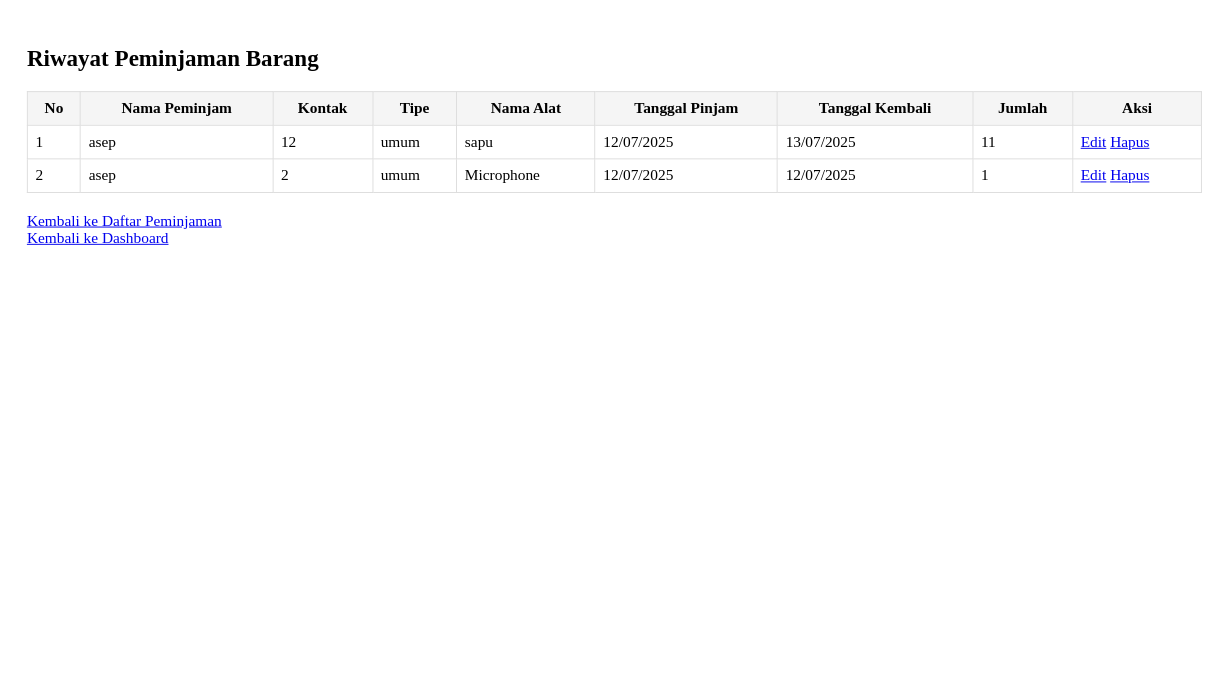
Repository: fatkquladhim/multimedia_app
Page: http://localhost/admin/peminjaman/riwayat-peminjaman-barang.php
These files come from the project's save history. The page is drawn as it stood at one moment and after the next save; the edit follows.
The browser window is 1280 px wide. The pictures show the whole page, at 96% of full size.
Some web libraries are served in a nearby version. The page is run by PHP 8.4 with error messages shown; the project is at /var/www/html/. The session is filled in as if someone had signed in: {"user_id": 2, "username": "asep", "role": "admin"}. Other server files are loaded and not shown. The database holds what the project's SQL file puts in it.

Above is the page before, as saved 2025-07-18 23:01:46.

### admin/peminjaman/riwayat-peminjaman-barang.php
<?php
session_start();
if (!isset($_SESSION['user_id']) || $_SESSION['role'] !== 'admin') {
    header('Location: ../../auth/login.php');
    exit;
}

require_once '../../includes/db_config.php';
$conn = new mysqli(DB_HOST, DB_USER, DB_PASS, DB_NAME);

// Ambil riwayat peminjaman
$query = "SELECT pb.*, a.nama as nama_anggota, al.nama_alat as nama_alat,
          CASE
              WHEN pb.tipe_peminjam = 'umum' THEN pb.nama_peminjam
              ELSE a.nama
          END as nama_peminjam,
          CASE
              WHEN pb.tipe_peminjam = 'umum' THEN pb.kontak_peminjam
              ELSE '-'
          END as kontak
          FROM peminjaman_barang pb
          LEFT JOIN anggota a ON pb.id_anggota = a.id
          LEFT JOIN alat al ON pb.id_alat = al.id
          WHERE pb.status = 'dikembalikan'
          ORDER BY pb.tanggal_kembali DESC";
$result = $conn->query($query);
?>

<!DOCTYPE html>
<html>
<head>
    <title>Riwayat Peminjaman Barang</title>
    <style>
        .container { padding: 20px; }
        .table-container { margin: 20px 0; }
        table { width: 100%; border-collapse: collapse; }
        th, td { padding: 8px; border: 1px solid #ddd; }
        th { background-color: #f5f5f5; }
        .alert { padding: 10px; margin-bottom: 10px; border-radius: 4px; }
        .alert-success { background-color: #d4edda; color: #155724; }
        .alert-danger { background-color: #f8d7da; color: #721c24; }
    </style>
</head>
<body>
    <div class="container">
        <h2>Riwayat Peminjaman Barang</h2>

        <?php if (isset($_GET['status']) && isset($_GET['message'])): ?>
            <div class="alert alert-<?php echo $_GET['status'] === 'success' ? 'success' : 'danger'; ?>">
                <?php echo htmlspecialchars($_GET['message']); ?>
            </div>
        <?php endif; ?>

        <div class="table-container">
            <table>
                <thead>
                    <tr>
                        <th>No</th>
                        <th>Nama Peminjam</th>
                        <th>Kontak</th>
                        <th>Tipe</th>
                        <th>Nama Alat</th>
                        <th>Tanggal Pinjam</th>
                        <th>Tanggal Kembali</th>
                        <th>Jumlah</th>
                        <th>Aksi</th>
                    </tr>
                </thead>
                <tbody>
                    <?php
                    $no = 1;
                    while($row = $result->fetch_assoc()):
                    ?>
                    <tr>
                        <td><?php echo $no++; ?></td>
                        <td><?php echo htmlspecialchars($row['nama_peminjam']); ?></td>
                        <td><?php echo htmlspecialchars($row['kontak']); ?></td>
                        <td><?php echo htmlspecialchars($row['tipe_peminjam']); ?></td>
                        <td><?php echo htmlspecialchars($row['nama_alat']); ?></td>
                        <td><?php echo date('d/m/Y', strtotime($row['tanggal_pinjam'])); ?></td>
                        <td><?php echo $row['tanggal_kembali'] ? date('d/m/Y', strtotime($row['tanggal_kembali'])) : '-'; ?></td>
                        <td><?php echo $row['jumlah']; ?></td>
                        <td>

                        <a href="edit-barang-peminjaman.php?id=<?php echo $row['id']; ?>">Edit</a>
                        <a href="hapus-peminjaman.php?id=<?php echo $row['id']; ?>"
                           onclick="return confirm('Apakah Anda yakin ingin menghapus peminjaman ini?')">Hapus</a>
                        </td>
                    </tr>
                    <?php endwhile; ?>
                </tbody>
            </table>
        </div>

        <a href="peminjaman-barang.php">Kembali ke Daftar Peminjaman</a>
        <br>
        <a href="../dashboard.php">Kembali ke Dashboard</a>
    </div>
</body>
</html>

<?php $conn->close(); ?>

### includes/db_config.php
<?php
// Konfigurasi database
define('DB_HOST', 'localhost');
define('DB_USER', 'root'); // ganti jika user database Anda berbeda
define('DB_PASS', '');     // ganti jika ada password database
define('DB_NAME', 'db_multimedia'); // nama database
?>

### db_multimedia (2).sql (the tables this page reads)
CREATE TABLE `alat` (
  `id` int(11) NOT NULL,
  `nama_alat` varchar(100) NOT NULL,
  `jumlah` int(11) DEFAULT 0,
  `kondisi` varchar(50) DEFAULT NULL
) ENGINE=InnoDB DEFAULT CHARSET=utf8mb4 COLLATE=utf8mb4_general_ci;

INSERT INTO `alat` (`id`, `nama_alat`, `jumlah`, `kondisi`) VALUES
(2, 'sapu', 1, 'Baik'),
(3, 'Kamera DSLR', 1, 'Baik'),
(4, 'Tripod', 8, 'Baik'),
(5, 'Lighting Set', 1, 'Baik'),
(6, 'Microphone', 2, 'Baik'),
(7, 'Green Screen', 0, 'Baik');

ALTER TABLE `alat`
  ADD PRIMARY KEY (`id`);

ALTER TABLE `alat`
  MODIFY `id` int(11) NOT NULL AUTO_INCREMENT, AUTO_INCREMENT=9;

CREATE TABLE `anggota` (
  `id` int(11) NOT NULL,
  `nama` varchar(255) NOT NULL,
  `foto` varchar(255) NOT NULL,
  `alamat` text NOT NULL,
  `email` varchar(255) NOT NULL,
  `no_hp` varchar(15) NOT NULL,
  `id_user` int(11) NOT NULL
) ENGINE=InnoDB DEFAULT CHARSET=utf8mb4 COLLATE=utf8mb4_general_ci;

INSERT INTO `anggota` (`id`, `nama`, `foto`, `alamat`, `email`, `no_hp`, `id_user`) VALUES
(21, 'adhim1', 'Feed IG Zapen (Harlah).jpg', 'maloang', 'fatquladhim@gmail.com', '8925489', 21);

ALTER TABLE `anggota`
  ADD PRIMARY KEY (`id`),
  ADD KEY `id_user` (`id_user`);

ALTER TABLE `anggota`
  MODIFY `id` int(11) NOT NULL AUTO_INCREMENT, AUTO_INCREMENT=23;

ALTER TABLE `anggota`
  ADD CONSTRAINT `anggota_ibfk_1` FOREIGN KEY (`id_user`) REFERENCES `users` (`id`) ON DELETE CASCADE;

CREATE TABLE `peminjaman_barang` (
  `id` int(11) NOT NULL,
  `id_anggota` int(11) DEFAULT NULL,
  `id_alat` int(11) DEFAULT NULL,
  `tanggal_pinjam` date DEFAULT NULL,
  `tanggal_kembali` date DEFAULT NULL,
  `jumlah` int(11) DEFAULT NULL,
  `status` enum('dipinjam','dikembalikan') DEFAULT 'dipinjam',
  `tipe_peminjam` enum('anggota','umum') DEFAULT 'anggota',
  `nama_peminjam` varchar(100) DEFAULT NULL,
  `kontak_peminjam` varchar(50) DEFAULT NULL
) ENGINE=InnoDB DEFAULT CHARSET=utf8mb4 COLLATE=utf8mb4_general_ci;

INSERT INTO `peminjaman_barang` (`id`, `id_anggota`, `id_alat`, `tanggal_pinjam`, `tanggal_kembali`, `jumlah`, `status`, `tipe_peminjam`, `nama_peminjam`, `kontak_peminjam`) VALUES
(8, NULL, 6, '2025-07-12', '2025-07-12', 1, 'dikembalikan', 'umum', 'asep', '2'),
(9, NULL, 2, '2025-07-12', '2025-07-13', 11, 'dikembalikan', 'umum', 'asep', '12'),
(10, 21, 3, '2025-07-14', '2025-07-16', 1, 'dipinjam', 'anggota', NULL, NULL);

ALTER TABLE `peminjaman_barang`
  ADD PRIMARY KEY (`id`),
  ADD KEY `id_anggota` (`id_anggota`),
  ADD KEY `id_alat` (`id_alat`);

ALTER TABLE `peminjaman_barang`
  MODIFY `id` int(11) NOT NULL AUTO_INCREMENT, AUTO_INCREMENT=11;

ALTER TABLE `peminjaman_barang`
  ADD CONSTRAINT `peminjaman_barang_ibfk_1` FOREIGN KEY (`id_anggota`) REFERENCES `anggota` (`id`),
  ADD CONSTRAINT `peminjaman_barang_ibfk_2` FOREIGN KEY (`id_alat`) REFERENCES `alat` (`id`);

### admin/header.php
    <?php
    // includes/header.php
    // Pastikan session sudah dimulai di file yang meng-include ini
    ?>
    <!DOCTYPE html>
    <html lang="en">
    <head>
        <meta charset="UTF-8">
        <meta name="viewport" content="width=device-width, initial-scale=1.0">
        <title>Admin Dashboard</title> <!-- Sesuaikan judul per halaman -->
        <script src="https://cdn.tailwindcss.com"></script>
        <link href="https://cdnjs.cloudflare.com/ajax/libs/font-awesome/6.0.0/css/all.min.css" rel="stylesheet">
        <script>
            tailwind.config = {
                darkMode: 'class',
                theme: {
                    extend: {
                        colors: {
                            'light-blue': {
                                50: '#f0f9ff',
                                100: '#e0f2fe',
                                200: '#bae6fd',
                                300: '#7dd3fc',
                                400: '#38bdf8',
                                500: '#0ea5e9',
                                600: '#0284c7',
                                700: '#0369a1',
                                800: '#075985',
                                900: '#0c4a6e'
                            }
                        }
                    }
                }
            }
        </script>
        <style>
            /* Styles from dashboard.php */
            .sidebar {
                transition: all 0.4s cubic-bezier(0.4, 0, 0.2, 1);
            }
            .main-content-area {
                transition: all 0.4s cubic-bezier(0.4, 0, 0.2, 1);
            }
            .sidebar-nav-item {
                transition: all 0.3s ease-in-out;
            }
            .dark-mode-transition {
                transition: background-color 0.3s ease, color 0.3s ease;
            }
            .gradient-bg {
                background: linear-gradient(135deg, #e0f2fe 0%, #bae6fd 100%);
            }
            .dark .gradient-bg {
                background: linear-gradient(135deg, #1e293b 0%, #334155 100%);
            }
            .glass-effect {
                backdrop-filter: blur(10px);
                background: rgba(255, 255, 255, 0.9);
            }
            .dark .glass-effect {
                background: rgba(30, 41, 59, 0.9);
            }
            .hover-scale {
                transition: transform 0.2s ease;
            }
            .hover-scale:hover {
                transform: scale(1.02);
            }
            .animate-fade-in {
                animation: fadeIn 0.5s ease-in-out;
            }
            @keyframes fadeIn {
                from {
                    opacity: 0;
                    transform: translateY(10px);
                }
                to {
                    opacity: 1;
                    transform: translateY(0);
                }
            }
            .mobile-menu {
                transform: translateX(-100%);
                transition: transform 0.3s ease;
            }
            .mobile-menu.active {
                transform: translateX(0);
            }
            @media (max-width: 768px) {
                .sidebar {
                    position: fixed;
                    top: 0;
                    left: 0;
                    height: 100vh;
                    z-index: 50;
                    transform: translateX(-100%);
                }
                .sidebar.active {
                    transform: translateX(0);
                }
                .sidebar-overlay {
                    position: fixed;
                    top: 0;
                    left: 0;
                    width: 100%;
                    height: 100%;
                    background: rgba(0, 0, 0, 0.5);
                    z-index: 40;
                    opacity: 0;
                    visibility: hidden;
                    transition: all 0.3s ease;
                }
                .sidebar-overlay.active {
                    opacity: 1;
                    visibility: visible;
                }
            }
            /* Specific styles for forms/tables if needed */
            table { width: 100%; border-collapse: collapse; margin-top: 20px; }
            th, td { padding: 8px; border: 1px solid #ddd; text-align: left; }
            th { background-color: #f2f2f2; }
            .alert { padding: 10px; margin-bottom: 15px; border-radius: 4px; }
            .alert-success { background-color: #d4edda; color: #155724; border: 1px solid #c3e6cb; }
            .alert-error, .alert-danger { background-color: #f8d7da; color: #721c24; border: 1px solid #f5c6cb; }
            .form-group { margin-bottom: 10px; }
            input[type="text"], input[type="email"], input[type="password"], input[type="number"], input[type="date"], input[type="time"], select, textarea {
                width: 100%; max-width: 300px; padding: 8px; border: 1px solid #ccc; border-radius: 4px; box-sizing: border-box;
            }
            button { padding: 10px 15px; background-color: #0ea5e9; color: white; border: none; border-radius: 4px; cursor: pointer; }
            button:hover { background-color: #0284c7; }
            a { text-decoration: none; color: #007bff; }
            a:hover { text-decoration: underline; }
        </style>
    </head>
    <body class="gradient-bg dark-mode-transition">
        <div id="sidebarOverlay" class="sidebar-overlay md:hidden"></div>
        <div class="min-h-screen flex">
            <!-- Sidebar -->
            <?php include 'sidebar.php'; ?>
            <!-- Main Content Area -->
            <div id="mainContentArea" class="flex-1 flex flex-col main-content-area">
                <!-- Header -->
                <header class="bg-white dark:bg-slate-800 shadow-sm p-4 md:p-6 glass-effect">
                    <div class="flex items-center justify-between">
                        <div class="flex items-center space-x-4">
                            <button id="mobileMenuToggle" class="md:hidden p-2 text-gray-600 dark:text-gray-300 hover:text-gray-800 dark:hover:text-white focus:outline-none">
                                <i class="fas fa-bars text-xl"></i>
                            </button>
                            <button id="sidebarToggle" class="hidden md:block p-2 text-gray-600 dark:text-gray-300 hover:text-gray-800 dark:hover:text-white focus:outline-none">
                                <i class="fas fa-bars text-xl"></i>
                            </button>
                            <div class="hidden md:block">
                                <h1 class="text-xl md:text-2xl font-bold text-gray-800 dark:text-white">
                                    <?php echo basename($_SERVER['PHP_SELF'], '.php'); ?> <!-- Dynamic title -->
                                </h1>
                            </div>
                        </div>
                        <div class="flex items-center space-x-2 md:space-x-4">
                            <button id="darkModeToggle" class="p-2 text-gray-600 dark:text-gray-300 hover:text-gray-800 dark:hover:text-white focus:outline-none">
                                <i class="fas fa-moon text-xl dark:hidden"></i>
                                <i class="fas fa-sun text-xl hidden dark:block"></i>
                            </button>
                            <button class="p-2 text-gray-600 dark:text-gray-300 hover:text-gray-800 dark:hover:text-white">
                                <i class="fas fa-bell text-xl"></i>
                            </button>
                            <div class="w-8 h-8 md:w-10 md:h-10 bg-light-blue-300 rounded-full overflow-hidden">
                                <img src="https://via.placeholder.com/40x40" alt="Profile" class="w-full h-full object-cover">
                            </div>
                        </div>
                    </div>
                </header>
                <main class="flex-1 p-4 md:p-6">

### admin/sidebar.php
    <?php
    // includes/sidebar.php
    // Pastikan session sudah dimulai di file yang meng-include ini
    // if (!isset($_SESSION['user_id']) || $_SESSION['role'] !== 'admin') {
    //     header('Location: ../auth/login.php');
    //     exit;
    // }
    ?>
    <div id="sidebar" class="w-64 bg-white dark:bg-slate-800 shadow-xl flex-shrink-0 sidebar transition-all duration-300 overflow-hidden glass-effect">
        <div class="p-4 flex items-center justify-between border-b border-light-blue-100 dark:border-slate-700">
            <div class="flex items-center space-x-3">
                <div class="w-10 h-10 bg-light-blue-500 rounded-lg flex items-center justify-center">
                    <i class="fas fa-home text-white text-xl"></i>
                </div>
                <h1 class="text-xl font-bold text-gray-800 dark:text-white">Multimedia</h1>
            </div>
            <button id="closeSidebar" class="md:hidden p-2 text-gray-500 hover:text-gray-700 dark:text-gray-400 dark:hover:text-gray-200">
                <i class="fas fa-times"></i>
            </button>
        </div>

        <nav class="mt-6 px-4">
            <div class="space-y-2">
                <a href="../dashboard.php" class="flex items-center px-4 py-3 text-light-blue-600 bg-light-blue-50 dark:bg-light-blue-900 dark:text-light-blue-300 rounded-lg sidebar-nav-item hover-scale">
                    <i class="fas fa-tachometer-alt w-5 h-5 mr-3"></i>
                    <span class="font-medium">Dashboard</span>
                </a>

                <a href="../anggota/anggota.php" class="flex items-center px-4 py-3 text-gray-600 dark:text-gray-300 hover:text-light-blue-600 dark:hover:text-light-blue-400 hover:bg-light-blue-50 dark:hover:bg-slate-700 rounded-lg sidebar-nav-item hover-scale">
                    <i class="fas fa-users w-5 h-5 mr-3"></i>
                    <span class="font-medium">Manajemen Anggota</span>
                </a>

                <a href="../daftar alat/daftar-alat.php" class="flex items-center px-4 py-3 text-gray-600 dark:text-gray-300 hover:text-light-blue-600 dark:hover:text-light-blue-400 hover:bg-light-blue-50 dark:hover:bg-slate-700 rounded-lg sidebar-nav-item hover-scale">
                    <i class="fas fa-tools w-5 h-5 mr-3"></i>
                    <span class="font-medium">Manajemen Alat</span>
                </a>

                <a href="../peminjaman/peminjaman-barang.php" class="flex items-center px-4 py-3 text-gray-600 dark:text-gray-300 hover:text-light-blue-600 dark:hover:text-light-blue-400 hover:bg-light-blue-50 dark:hover:bg-slate-700 rounded-lg sidebar-nav-item hover-scale">
                    <i class="fas fa-handshake w-5 h-5 mr-3"></i>
                    <span class="font-medium">Peminjaman Barang</span>
                </a>

                <a href="../penyewaan/penyewaan-barang.php" class="flex items-center px-4 py-3 text-gray-600 dark:text-gray-300 hover:text-light-blue-600 dark:hover:text-light-blue-400 hover:bg-light-blue-50 dark:hover:bg-slate-700 rounded-lg sidebar-nav-item hover-scale">
                    <i class="fas fa-cash-register w-5 h-5 mr-3"></i>
                    <span class="font-medium">Penyewaan Barang</span>
                </a>

                <a href="../legalisasi laptop/legalisasi_list.php" class="flex items-center px-4 py-3 text-gray-600 dark:text-gray-300 hover:text-light-blue-600 dark:hover:text-light-blue-400 hover:bg-light-blue-50 dark:hover:bg-slate-700 rounded-lg sidebar-nav-item hover-scale">
                    <i class="fas fa-laptop w-5 h-5 mr-3"></i>
                    <span class="font-medium">Legalisasi Laptop</span>
                </a>
            </div>

            <div class="mt-8 mb-4">
                <h3 class="px-4 text-xs font-semibold text-gray-500 dark:text-gray-400 uppercase tracking-wider">
                    Tugas & Izin
                </h3>
            </div>

            <div class="space-y-2">
                <a href="../beri tugas/beri_tugas_form.php" class="flex items-center px-4 py-3 text-gray-600 dark:text-gray-300 hover:text-light-blue-600 dark:hover:text-light-blue-400 hover:bg-light-blue-50 dark:hover:bg-slate-700 rounded-lg sidebar-nav-item hover-scale">
                    <i class="fas fa-clipboard-list w-5 h-5 mr-3"></i>
                    <span class="font-medium">Beri Tugas</span>
                </a>

                <a href="../beri tugas/tugas_selesai_riwayat.php" class="flex items-center px-4 py-3 text-gray-600 dark:text-gray-300 hover:text-light-blue-600 dark:hover:text-light-blue-400 hover:bg-light-blue-50 dark:hover:bg-slate-700 rounded-lg sidebar-nav-item hover-scale">
                    <i class="fas fa-check-double w-5 h-5 mr-3"></i>
                    <span class="font-medium">Riwayat Tugas</span>
                </a>

                <a href="../izin_malam/izin-malam.php" class="flex items-center px-4 py-3 text-gray-600 dark:text-gray-300 hover:text-light-blue-600 dark:hover:text-light-blue-400 hover:bg-light-blue-50 dark:hover:bg-slate-700 rounded-lg sidebar-nav-item hover-scale">
                    <i class="fas fa-moon w-5 h-5 mr-3"></i>
                    <span class="font-medium">Izin Malam</span>
                </a>

                <a href="../izin_nugas/izin-nugas.php" class="flex items-center px-4 py-3 text-gray-600 dark:text-gray-300 hover:text-light-blue-600 dark:hover:text-light-blue-400 hover:bg-light-blue-50 dark:hover:bg-slate-700 rounded-lg sidebar-nav-item hover-scale">
                    <i class="fas fa-book-open w-5 h-5 mr-3"></i>
                    <span class="font-medium">Izin Nugas</span>
                </a>
            </div>

            <div class="mt-8 mb-4">
                <h3 class="px-4 text-xs font-semibold text-gray-500 dark:text-gray-400 uppercase tracking-wider">
                    Keuangan
                </h3>
            </div>

            <div class="space-y-2">
                <a href="../uang masuk/masuk.php" class="flex items-center px-4 py-3 text-gray-600 dark:text-gray-300 hover:text-light-blue-600 dark:hover:text-light-blue-400 hover:bg-light-blue-50 dark:hover:bg-slate-700 rounded-lg sidebar-nav-item hover-scale">
                    <i class="fas fa-money-bill-alt w-5 h-5 mr-3"></i>
                    <span class="font-medium">Uang Masuk</span>
                </a>

                <a href="../uang keluar/keluar.php" class="flex items-center px-4 py-3 text-gray-600 dark:text-gray-300 hover:text-light-blue-600 dark:hover:text-light-blue-400 hover:bg-light-blue-50 dark:hover:bg-slate-700 rounded-lg sidebar-nav-item hover-scale">
                    <i class="fas fa-money-bill-wave w-5 h-5 mr-3"></i>
                    <span class="font-medium">Uang Keluar</span>
                </a>
            </div>

            <div class="mt-8 mb-4">
                <h3 class="px-4 text-xs font-semibold text-gray-500 dark:text-gray-400 uppercase tracking-wider">
                    Akun
                </h3>
            </div>

            <div class="space-y-2">
                <a href="../auth/logout.php" class="flex items-center px-4 py-3 text-red-600 dark:text-red-400 hover:text-red-700 dark:hover:text-red-300 hover:bg-red-50 dark:hover:bg-red-900 rounded-lg sidebar-nav-item hover-scale">
                    <i class="fas fa-sign-out-alt w-5 h-5 mr-3"></i>
                    <span class="font-medium">Logout</span>
                </a>
            </div>
        </nav>
    </div>

After the next save:
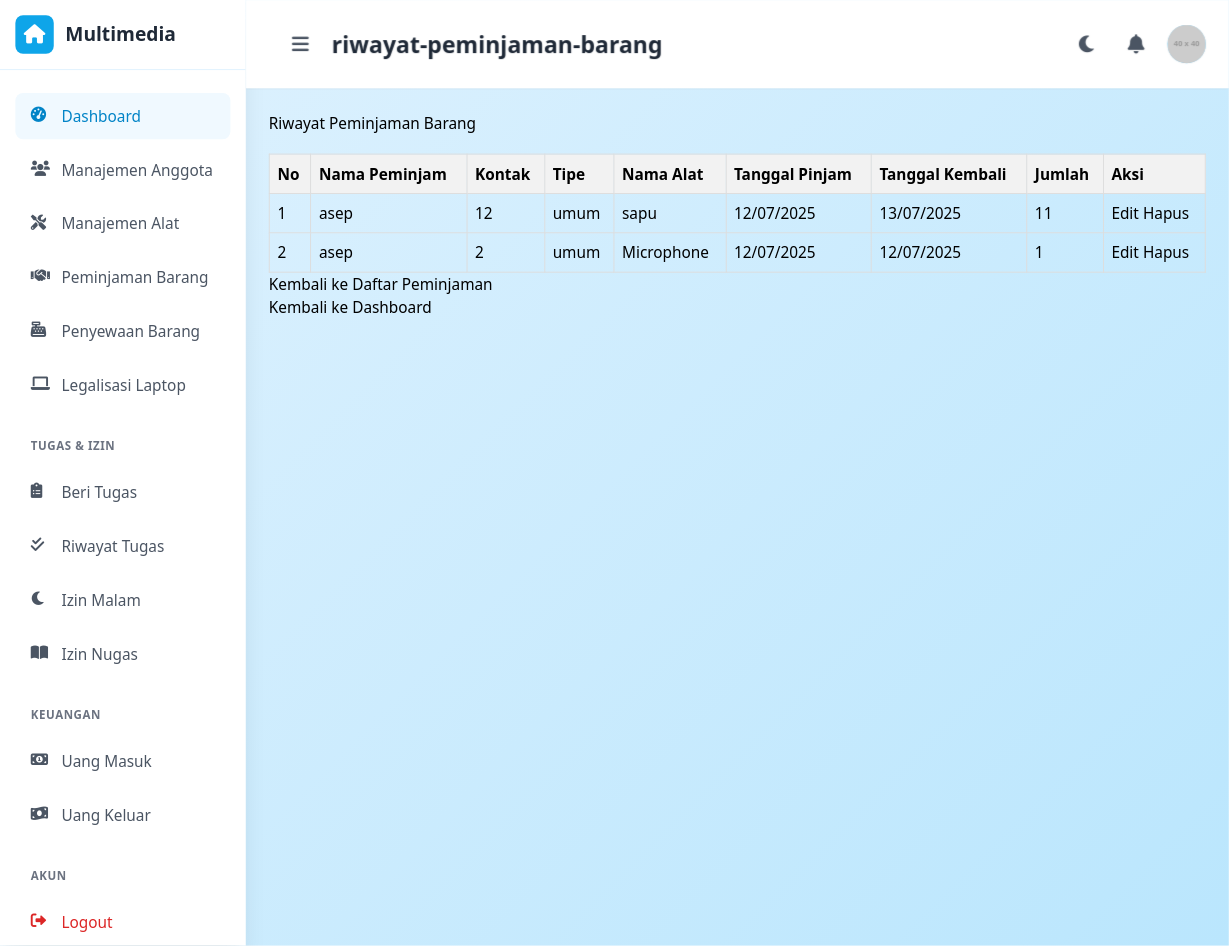
Saved 10 s later.
--- a/admin/peminjaman/riwayat-peminjaman-barang.php
+++ b/admin/peminjaman/riwayat-peminjaman-barang.php
@@ -24,24 +24,9 @@ $query = "SELECT pb.*, a.nama as nama_anggota, al.nama_alat as nama_alat,
           WHERE pb.status = 'dikembalikan'
           ORDER BY pb.tanggal_kembali DESC";
 $result = $conn->query($query);
+include '../header.php'; // Path relatif dari 'anggota/'
 ?>
 
-<!DOCTYPE html>
-<html>
-<head>
-    <title>Riwayat Peminjaman Barang</title>
-    <style>
-        .container { padding: 20px; }
-        .table-container { margin: 20px 0; }
-        table { width: 100%; border-collapse: collapse; }
-        th, td { padding: 8px; border: 1px solid #ddd; }
-        th { background-color: #f5f5f5; }
-        .alert { padding: 10px; margin-bottom: 10px; border-radius: 4px; }
-        .alert-success { background-color: #d4edda; color: #155724; }
-        .alert-danger { background-color: #f8d7da; color: #721c24; }
-    </style>
-</head>
-<body>
     <div class="container">
         <h2>Riwayat Peminjaman Barang</h2>
 
